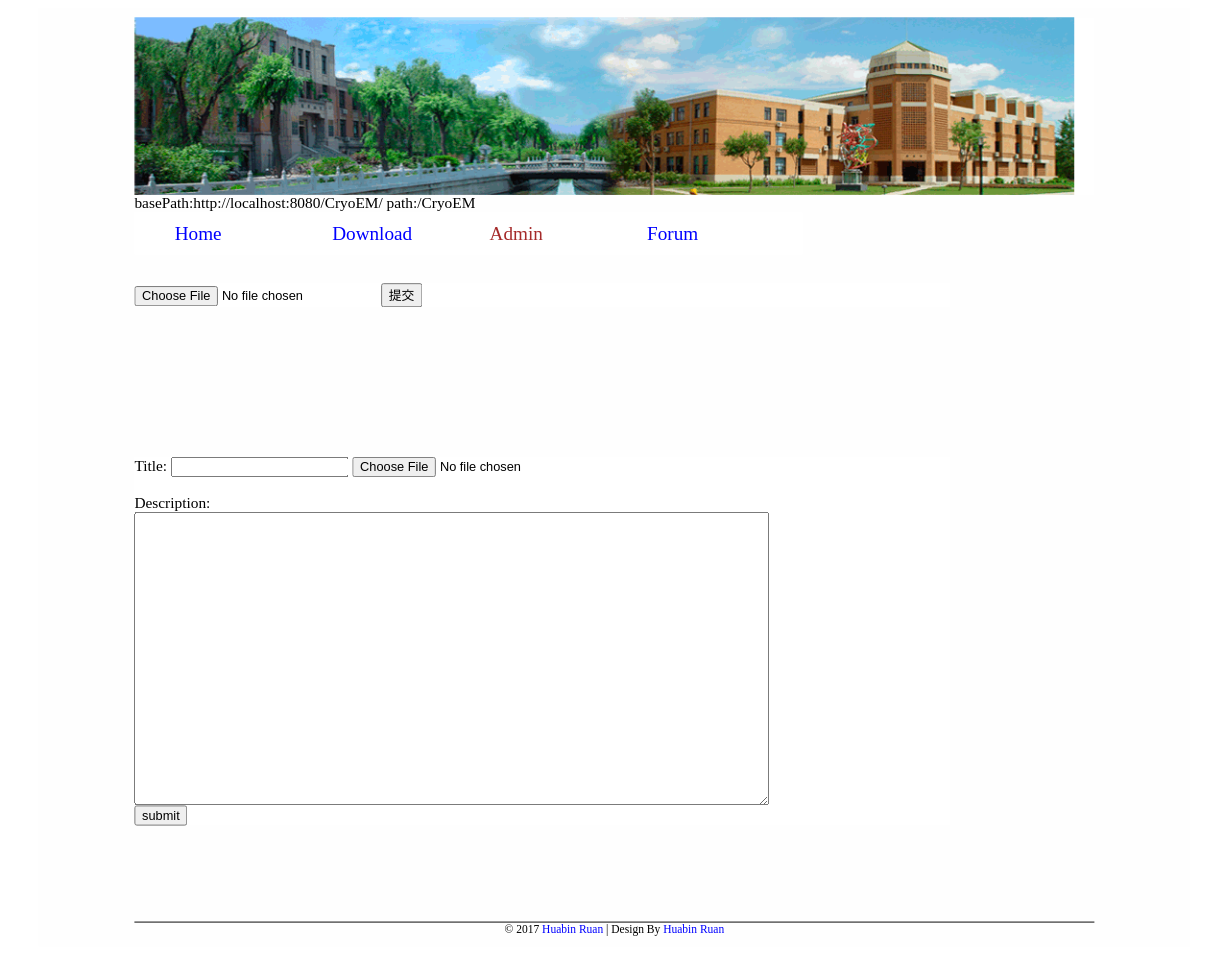
Repository: ruanhuabin/LifeSoftwareWebSite
Page: http://localhost/CryoEM/admin.jsp
The author's editor kept a copy of each file at every save. The page is drawn from the files as they stood at one save, then again after the next save.
The browser window is 1280 px wide. The pictures show the whole page, at 96% of full size.
The page is served by Tomcat 9. Nobody is signed in. The application's start-up code is not run. Other server files are loaded and not shown.

Above is the page before, as saved 2017-08-11 01:41:10.

### CryoEM/WebRoot/admin.jsp
<%@ page language="java" import="java.util.*" pageEncoding="utf-8"%>
<%
String path = request.getContextPath();
String basePath = request.getScheme()+"://"+request.getServerName()+":"+request.getServerPort()+path+"/";
%>


<!DOCTYPE html PUBLIC "-//W3C//DTD XHTML 1.0 Transitional//EN" "http://www.w3.org/TR/xhtml1/DTD/xhtml1-transitional.dtd">
<html xmlns="http://www.w3.org/1999/xhtml">
<head>
<meta http-equiv="Content-Type" content="text/html; charset=utf-8" />

<link href="<%=basePath%>/style.css" rel="stylesheet" type="text/css" />

<style type="text/css">
	/* #header {height:185px; width:100%;background-image: url(../images/banner.png);background-repeat: no-repeat; background-color:white;} */
	#navigation{list-style:none; text-align:left; font-size:20px; background:white; float:left}
	#navigation li{width:160px; height:20px; line-height:0px; float:left; margin:2px; list-style:none;}
	#navigation a{height:100%; display:block; text-decoration:none}
	#navigation .curr{background:url(sub/images/nav_on.png); color:red;} /* 点击后的样式 */
</style>
</head>
<body>



<div id="main-container">

<div id="header">
</div>
basePath:<%=basePath%>
path:<%=path%>
<div id="navigation">
	<ul>
		<li><a href="<%=path%>/index.jsp">Home</a></li>
		<li><a href="<%=path%>/user/User_listSoftware.action">Download</a></li>
		<li><a href="<%=path%>/post/Admin_toAdmin.action"> <font color="brown">Admin</font></a></li>
		<li><a href="http://10.10.32.133/thunder/answers/">Forum</a></li>
	</ul>
</div>
<script type="text/javascript">

	function validate()
    {
            var title = document.getElementsByName("title")[0].value;
            var description = document.getElementsByName("description")[0].value;
            var yourFile = document.getElementsByName("yourFile")[0].value;

            if(title == "")
            {
                alert("Title should not be empty!");
                return false;
            }

            if(description == "")
            {
                alert("Description should not be empty!");

                return false;
            }

            if(yourFile == "")
            {
            	alert("Please select a file to upload");
                return false;
            }
            return true;
       }



		var index_plist = {
			obj : document.getElementById("navigation")
					.getElementsByTagName("li"),
			currObj : null,
			init : function() {
				for (i = 0; i < index_plist.obj.length; i++) {
					eval("index_plist.obj[i].getElementsByTagName('a')[0].onclick=function(){this.className='curr';if(index_plist.currObj){index_plist.currObj.className=''}index_plist.currObj=this}");
				}
			}
		};
		index_plist.init();
</script>

<br/>
<br/>
<br/>
<br/>
<div class="form-div">
 <form action="post/Admin_uploadUserFile.action" enctype="multipart/form-data" method="post" target="nm_iframe">
      <!--<input type="text" id="id_input_text" name="userFile" />-->
      <input type="file" name="userFile" />
      <input type="submit" id="id_submit" name="nm_submit" value="提交" />
  </form>
  <iframe id="id_iframe" name="nm_iframe" style="display:none;"></iframe>
</div>

<br/>
<br/>

<div class="form-div">

	<form action="post/Admin_postSoftware.action"	enctype="multipart/form-data" method="post" style="" title="" id="" class="">


	  Title: <input type="text" name="title"/> <input type="file" name="yourFile" />
	  <br />
	  <br />

	  Description:
	  <br />


	  <textarea rows="20" cols="80" name="description"></textarea>
	  <br/>

	  <input type="submit" value="submit" onclick="return validate()"/>

	</form>
</div>


<div id="footer">&copy; 2017 <a href="mailto:ruanhuabin@tsinghua.edu.cn">Huabin Ruan</a> | Design By <a href="#">Huabin Ruan</a> </div>
</div>


</body>
</html>

### CryoEM/WebRoot/style.css
#header {height:185px; width:100%;background-image: url(images/banner.png);background-repeat: no-repeat; background-color:white;}
body
{
	background-color:white;
	font-family: "Times New Roman",Georgia,Serif
}
#footer {
	width:100%;
	border-top:  #000000 1px solid;
	text-align:center;
	font-size:12px;
	}


.form-div {
    /* border: 1px solid black; */
    margin-top: 20px;
    margin-bottom: 100px;
    margin-right: 150px;
    margin-left: 0px;
    background-color: white;
}

#admin-login-form {

   /*  margin-top: 50px;
    margin-bottom: 100px;
    margin-right: 150px;
    margin-left: 200px;
    background-color: white; */
    align: center

}

#content-div {
   /*  border: 1px solid black; */
    margin-top: 40px;
    margin-bottom: 100px;
    margin-right: 150px;
    margin-left: 0px;
    background-color: white;
}

#main-container {
	width:1000px;
	/* width:80% */
	border: #000000 0px solid;
	margin: 0 auto;
 	background-color:#FEFEFE;
   /*  background-color:white; */

    clear:both;
	/* padding:25px 100px; */
	padding:10px 100px
	}

#leftbar {
	float:left;
	width:800px;
	border-right:1px solid #BCBDBC;
}

#rightbar {
	float:left;
	width:200px;
}

a
{
	text-decoration: none;
	color:blue;
}

a:hover
{
	color:red;
}
a:visited
{
	color: blue;
}

ul {margin-left: 0; padding-left: 40px;}
/* li {margin-left: 0; padding-left: 50px;} */

#navigation{list-style:none; text-align:left; font-size:20px; background:white; float:left}
#navigation li{width:160px; height:20px; line-height:0px; float:left; margin:2px; list-style:none;}
#navigation a{height:100%; display:block; text-decoration:none}
#navigation .curr{background:url(sub/images/nav_on.png); color:red;}

/* ul, li { list-style: none; margin: 0; padding: 0; }
ul { padding-left: 1em; }
li { padding-left: 1em;
  border: 1px dotted black;
  border-width: 0 0 1px 1px;
}
li.container { border-bottom: 0px; }
li.empty { font-style: italic;
  color: silver;
  border-color: silver;
}
li p { margin: 0;
  background: white;
  position: relative;
  top: 0.5em;
}
li ul {
  border-top: 1px dotted black;
  margin-left: -1em;
  padding-left: 2em;
}
ul li:last-child ul {
  border-left: 1px solid white;
  margin-left: -17px;
}  */


/* li{
    margin-top: 1px;
    margin:0;
    border:1px solid red;
}

li:first-child {
    margin-top:0;
} */

After the next save:
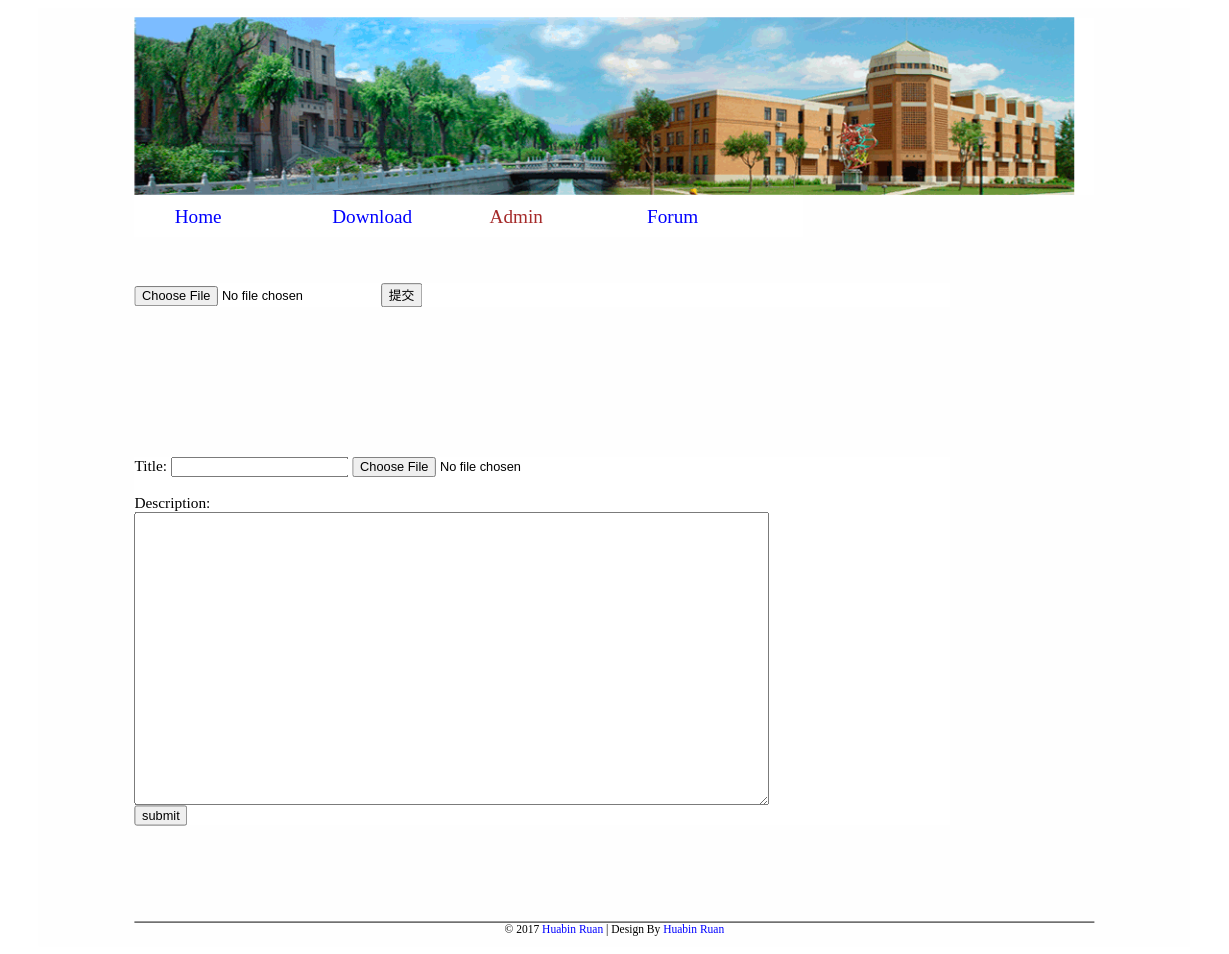
Saved 35 s later.
--- a/CryoEM/WebRoot/admin.jsp
+++ b/CryoEM/WebRoot/admin.jsp
@@ -28,8 +28,7 @@ String basePath = request.getScheme()+"://"+request.getServerName()+":"+request.
 
 <div id="header">
 </div>
-basePath:<%=basePath%>
-path:<%=path%>
+
 <div id="navigation">
 	<ul>
 		<li><a href="<%=path%>/index.jsp">Home</a></li>
